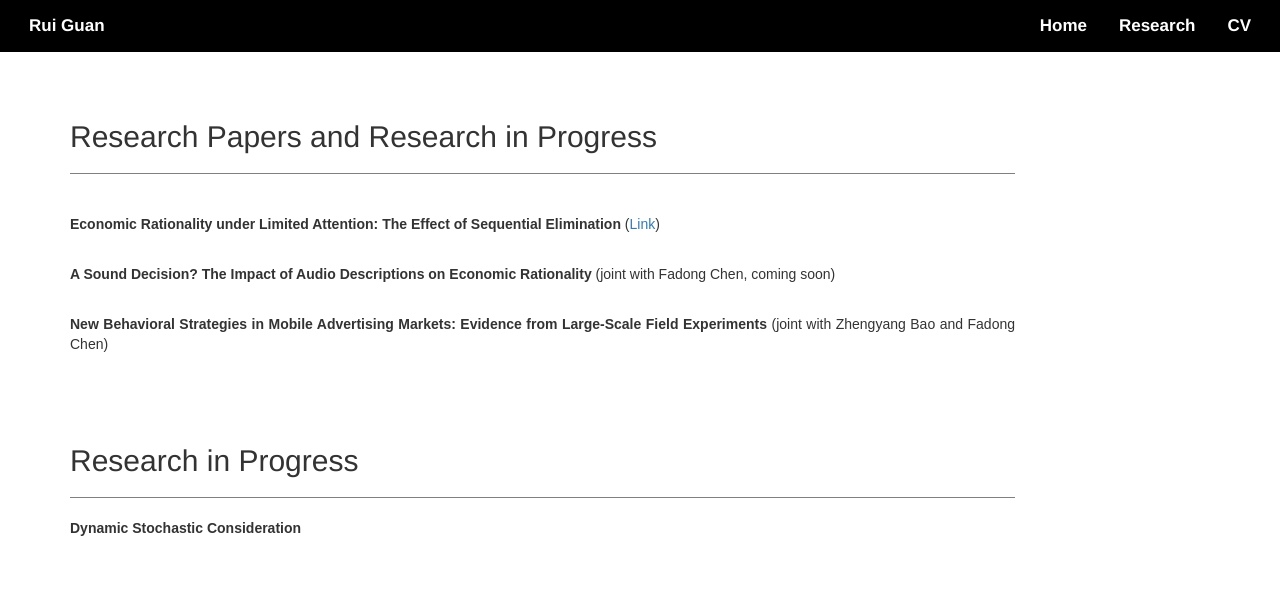
Repository: rui-guan/rui-guan.github.io
Page: research.html
The author's editor kept a copy of each file at every save. The page is drawn from the files as they stood at one save, then again after the next save.
The browser window is 1280 px wide. The pictures show the whole page.

Above is the page before, as saved 2024-04-28 15:44:11.

### research.html

<!DOCTYPE html>
<html lang="en">


  <html lang="en">
    <head>
      <title>Rui Guan</title>
      <meta charset="utf-8">
      <meta name="viewport" content="width=device-width, initial-scale=1">
      <link rel="stylesheet" href="https://maxcdn.bootstrapcdn.com/bootstrap/3.3.6/css/bootstrap.min.css">
      <script src="https://ajax.googleapis.com/ajax/libs/jquery/1.12.0/jquery.min.js"></script>
      <script src="https://maxcdn.bootstrapcdn.com/bootstrap/3.3.6/js/bootstrap.min.js"></script>
      <link href='https://fonts.googleapis.com/css?family=Oswald:700' rel='stylesheet' type='text/css'>
      <style>

        p {text-align: justify;
          font-size: 14px;
          font-family: Arial, Helvetica, sans-serif;
        }


        nav{
    display: flex;
    position: fixed;
    top:0;
    width: 100%;
    background-color: black;
    overflow: auto;
    height: auto;
    padding-left: 15px;
    padding-right: 15px;
  }
  .left-links{
    flex:1 1 200px;
  }
  .links {
    display: inline-block;
    text-align: center;
    padding: 14px;
    color: white;
    text-decoration: none;
    font-size: 17px;
    font-weight: bolder;
  }
  .links:hover {
    color: white;
  }
  .selected{
    color: white;
  }

        </style>
    </head>
    <body>

    <!-- Navigation -->
<!-- Navigation -->
<nav>
  <div class="left-links">
    <a class="links"  href="index.html">Rui Guan</a>

  </div>
  <div class="right-links">

  <a class="links"  href="index.html">Home</a>
   <a class="links"  href="research.html">Research</a>
   <a class="links" href="./asset/cv.pdf">CV</a>
  </div>
  </nav>
  <!-- Page Content -->

  <br>
  <br>
  <br>
  <br>
  <br>

    <!-- Page Content -->
    <div class="container">

        <div class="row">
            <div class="col-md-10" style="height">
                <h2 id="slides">Research Papers and Research in Progress</h2>
                <hr style="height:1px;border-width:0;color:gray;background-color:gray">
                <br>
                <p>
                  <strong>Economic Rationality under Limited Attention: The Effect of Sequential Elimination</strong> (<a href="./paper/ERuLA.pdf">Link</a>)
                </p>
                <br>
                <p>
                  <strong>A Sound Decision? The Impact of Audio Descriptions on Economic Rationality </strong> (joint with Fadong Chen, coming soon)
                </p>
                <br>
                <p>
                  <strong>New Behavioral Strategies in Mobile Advertising Markets: Evidence from Large-Scale Field Experiments </strong> (joint with Zhengyang Bao and Fadong Chen)
                </p>
                <br>
                <br>
                <br>
                <h2 id="slides">Research in Progress</h2>
                <hr style="height:1px;border-width:0;color:gray;background-color:gray">

                <p>
                  <strong>Dynamic Stochastic Consideration</strong>
                </p>
                <br>
                <br>
                <br>
          </div>
        </div>

    </div>
    <!-- /.container -->

</body>

</html>

After the next save:
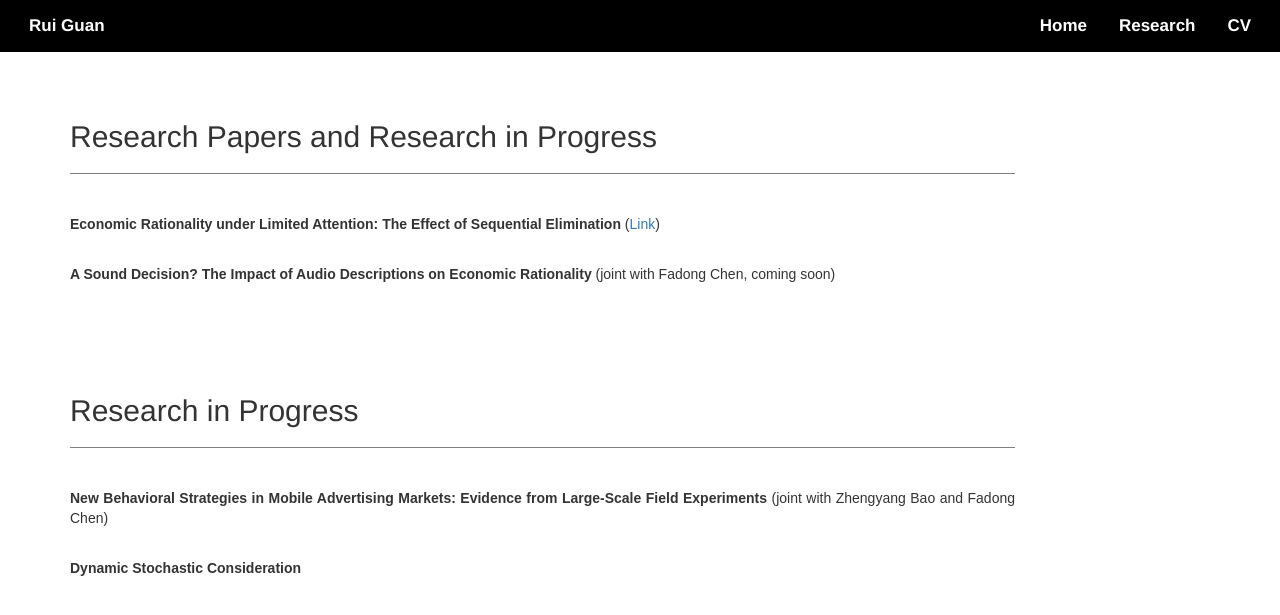
Saved 9 s later.
--- a/research.html
+++ b/research.html
@@ -92,15 +92,17 @@
                   <strong>A Sound Decision? The Impact of Audio Descriptions on Economic Rationality </strong> (joint with Fadong Chen, coming soon)
                 </p>
                 <br>
-                <p>
-                  <strong>New Behavioral Strategies in Mobile Advertising Markets: Evidence from Large-Scale Field Experiments </strong> (joint with Zhengyang Bao and Fadong Chen)
-                </p>
+
                 <br>
                 <br>
                 <br>
                 <h2 id="slides">Research in Progress</h2>
                 <hr style="height:1px;border-width:0;color:gray;background-color:gray">
-
+                <br>
+                <p>
+                  <strong>New Behavioral Strategies in Mobile Advertising Markets: Evidence from Large-Scale Field Experiments </strong> (joint with Zhengyang Bao and Fadong Chen)
+                </p>
+                <br>
                 <p>
                   <strong>Dynamic Stochastic Consideration</strong>
                 </p>
